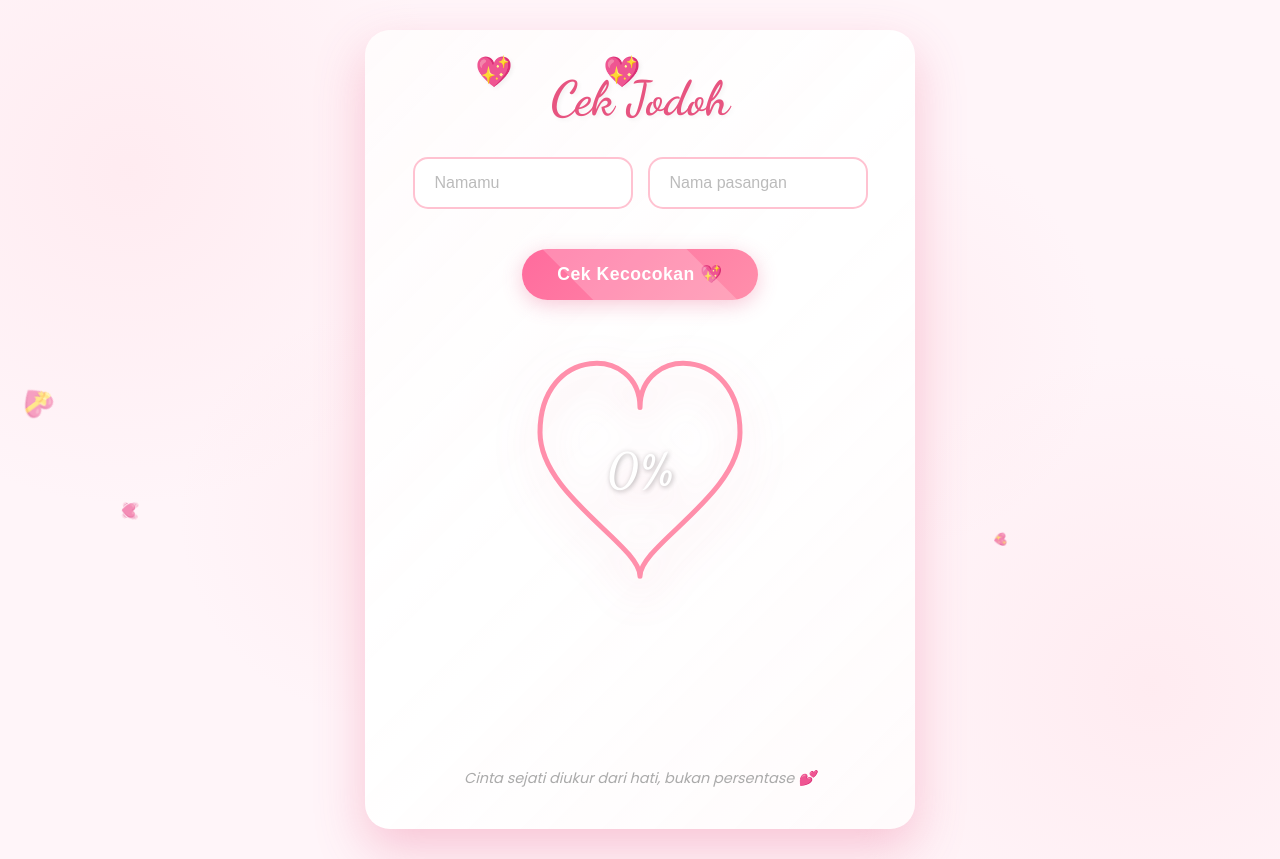
Repository: zhr-nabila/cek-jodoh
Page: cek.html
An editor plug-in stored every save of this project. The page is shown before and after the next save, followed by the edit.
The browser window is 1280 px wide. The pictures show the whole page.

Above is the page before, as saved 2025-06-10 00:39:04.

After the next save:
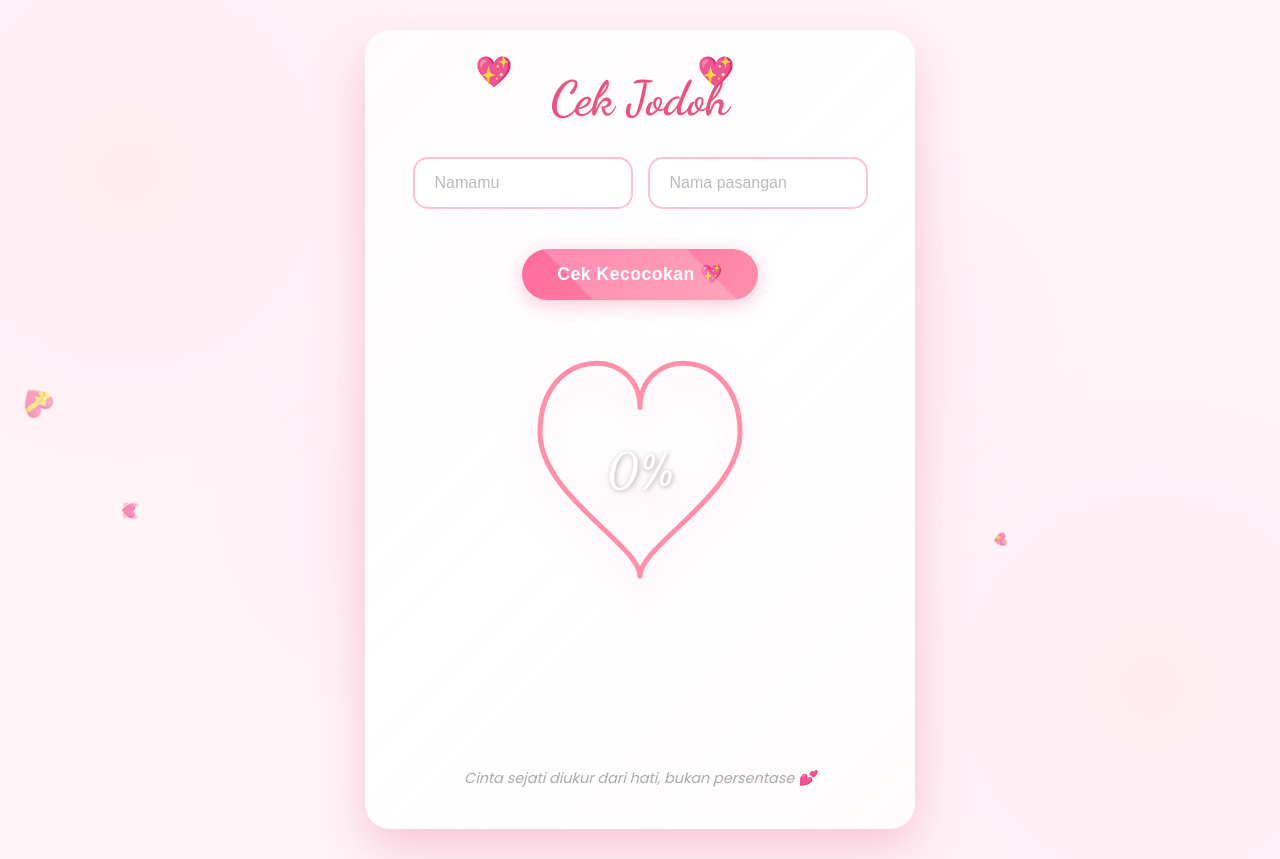
Saved 5 s later.
--- a/cek.html
+++ b/cek.html
@@ -128,7 +128,7 @@
 
       h1::after {
         top: -15px;
-        right: 50%;
+        right: 30%;
       }
 
       h1::before {
